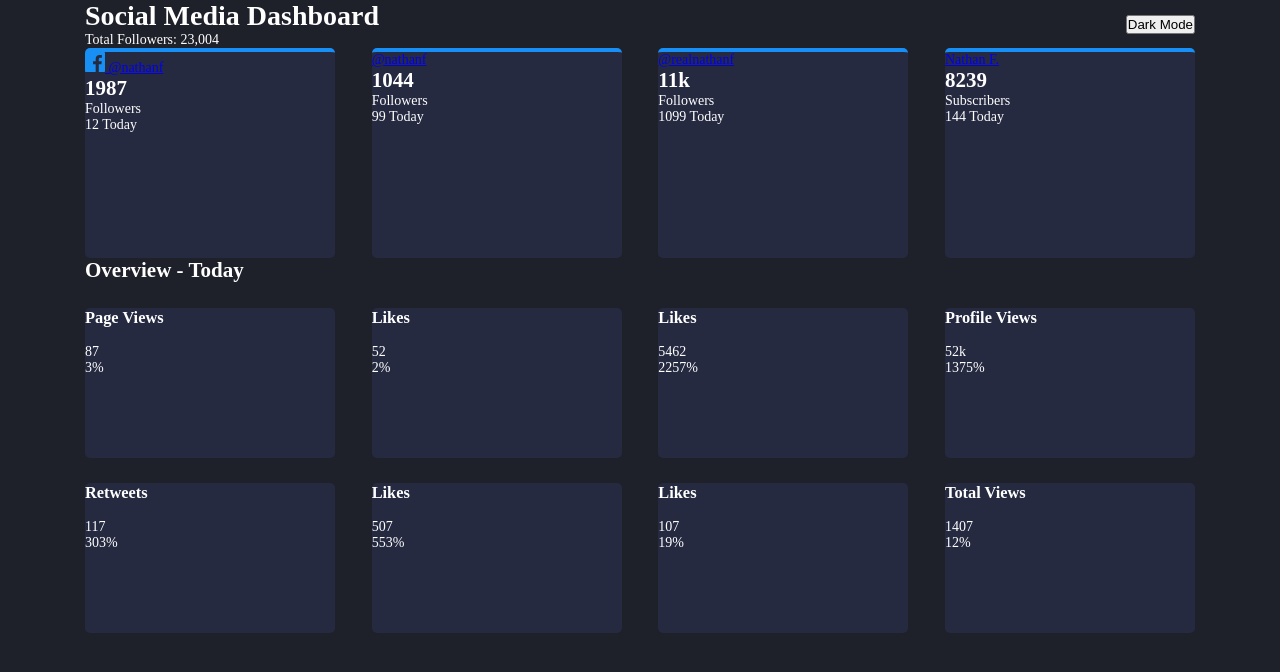
Repository: mamulini/social-media-dashboard-with-theme-switcher-master
Page: index.html
An editor plug-in stored every save of this project. The page is shown before and after the next save, followed by the edit.
The browser window is 1280 px wide. The pictures show the whole page.

Above is the page before, as saved 2020-04-06 13:35:55.

After the next save:
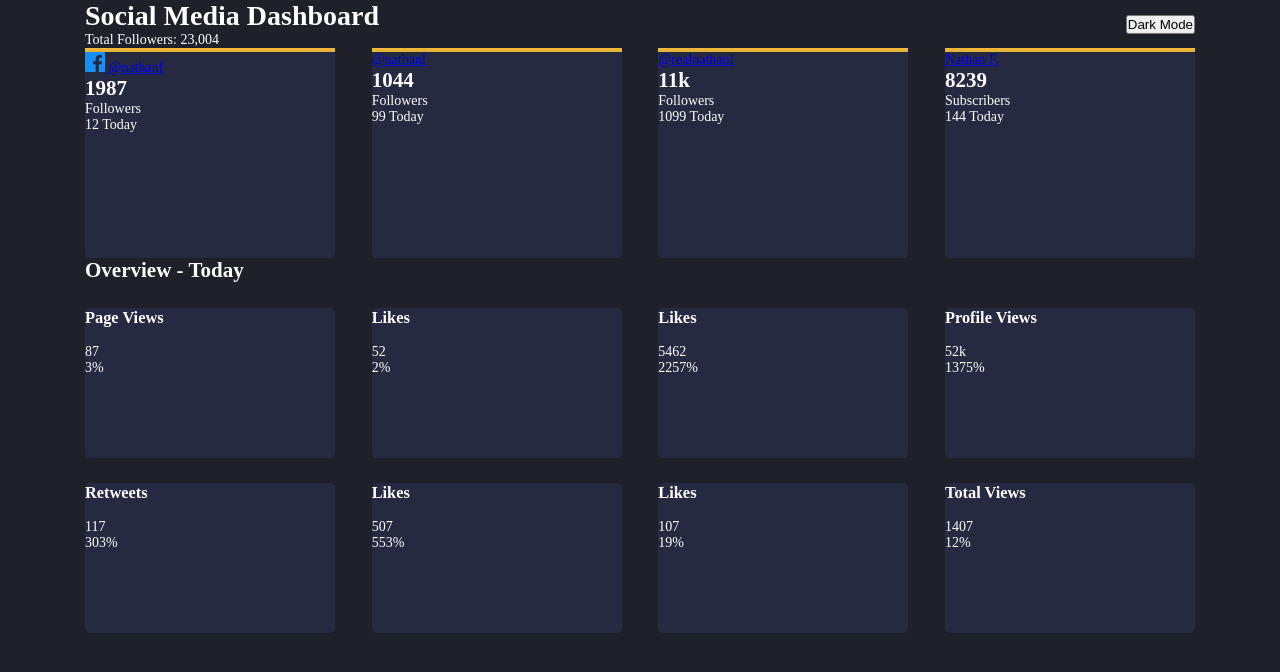
Saved 4 min 5 s later.
--- a/css/style.css
+++ b/css/style.css
@@ -34,6 +34,7 @@ body{
     border-top: 4px solid #178FF5;
     border-radius: 5px;
     background: hsl(228, 28%, 20%);
+    border-image: linear-gradient(#f6b73c, #4d9f0c) 30;
 }
 
 .likes_counter{
